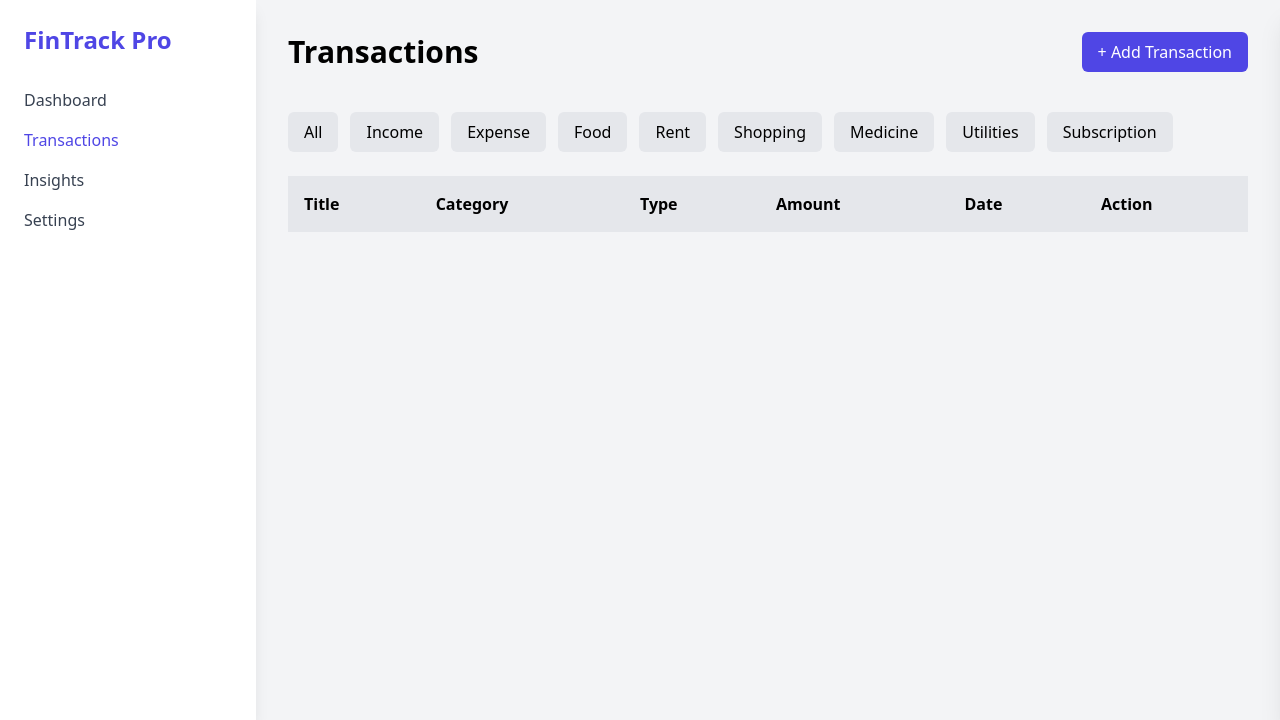
Repository: Shashank1-6/ExpensaX-Personal-Finance-Web-App
Page: frontend/transactions.html
An editor plug-in stored every save of this project. The page is shown before and after the next save, followed by the edit.
The browser window is 1280 px wide. The pictures show the whole page.
The page's requests for data from a server got no answer. Some web libraries are served in a nearby version.

Above is the page before, as saved 2025-11-22 20:45:44.

After the next save:
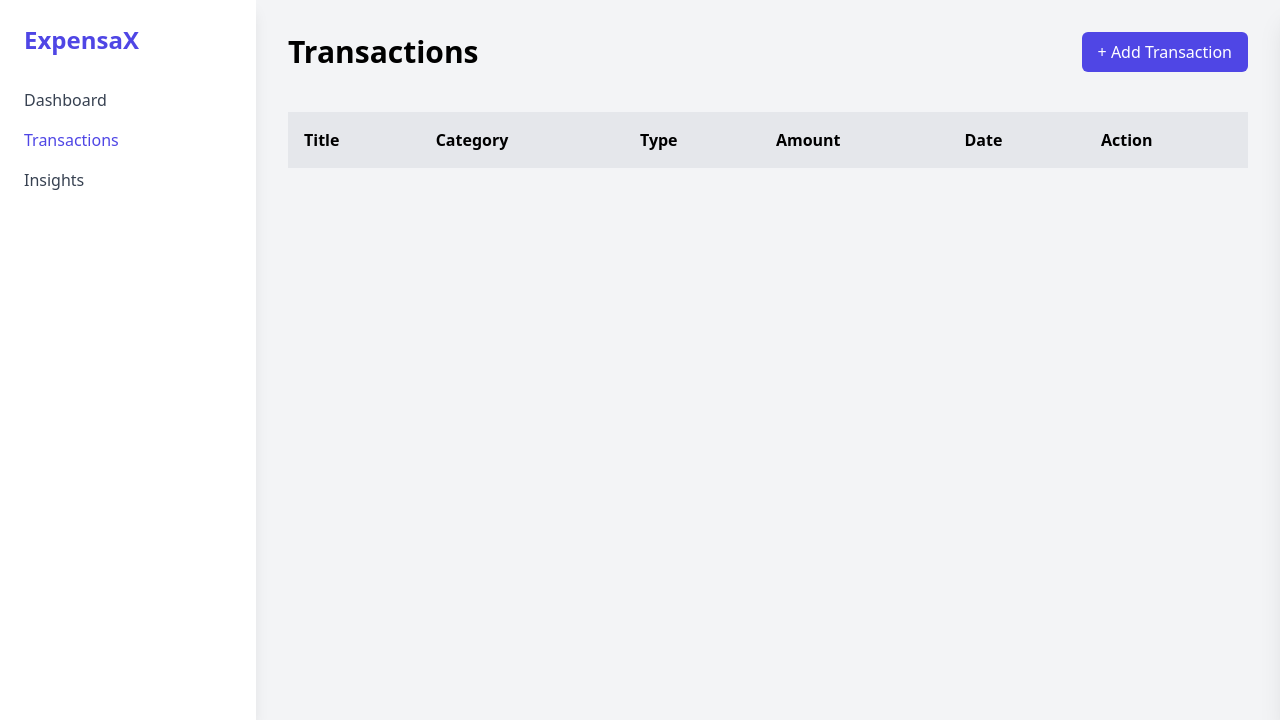
Saved 18 s later.
--- a/frontend/transactions.html
+++ b/frontend/transactions.html
@@ -1,11 +1,10 @@
 <!DOCTYPE html>
 <html lang="en">
 <head>
-  <meta charset="UTF-8" />
-  <meta name="viewport" content="width=device-width, initial-scale=1.0" />
-  <title>FinTrack Pro - Transactions</title>
+  <meta charset="UTF-8">
+  <meta name="viewport" content="width=device-width, initial-scale=1.0">
+  <title>ExpensaX - Transactions</title>
 
-  <!-- Tailwind CDN -->
   <script src="https://cdn.tailwindcss.com"></script>
 </head>
 
@@ -13,39 +12,24 @@
 
   <!-- Sidebar -->
   <aside class="w-64 h-screen bg-white shadow-lg fixed left-0 top-0 p-6">
-    <h2 class="text-2xl font-bold text-indigo-600 mb-8">FinTrack Pro</h2>
+    <h2 class="text-2xl font-bold text-indigo-600 mb-8">ExpensaX</h2>
 
     <nav class="space-y-4">
       <a href="index.html" class="block font-medium text-gray-700 hover:text-indigo-600">Dashboard</a>
       <a href="transactions.html" class="block font-medium text-indigo-600">Transactions</a>
       <a href="insights.html" class="block font-medium text-gray-700 hover:text-indigo-600">Insights</a>
-      <a href="#" class="block font-medium text-gray-700 hover:text-indigo-600">Settings</a>
     </nav>
   </aside>
 
-  <!-- Main Content -->
+  <!-- Main -->
   <main class="ml-64 w-full p-8">
 
     <!-- Header -->
     <div class="flex justify-between items-center mb-10">
       <h1 class="text-3xl font-bold">Transactions</h1>
-
       <button class="px-4 py-2 rounded-md bg-indigo-600 text-white hover:bg-indigo-700" id="addBtn">
         + Add Transaction
       </button>
-    </div>
-
-    <!-- Filters -->
-    <div class="flex gap-3 mb-6 flex-wrap">
-      <button class="filter-btn px-4 py-2 rounded-md bg-gray-200" data-filter="all">All</button>
-      <button class="filter-btn px-4 py-2 rounded-md bg-gray-200" data-filter="income">Income</button>
-      <button class="filter-btn px-4 py-2 rounded-md bg-gray-200" data-filter="expense">Expense</button>
-      <button class="filter-btn px-4 py-2 rounded-md bg-gray-200" data-filter="Food">Food</button>
-      <button class="filter-btn px-4 py-2 rounded-md bg-gray-200" data-filter="Rent">Rent</button>
-      <button class="filter-btn px-4 py-2 rounded-md bg-gray-200" data-filter="Shopping">Shopping</button>
-      <button class="filter-btn px-4 py-2 rounded-md bg-gray-200" data-filter="Medicine">Medicine</button>
-      <button class="filter-btn px-4 py-2 rounded-md bg-gray-200" data-filter="Utilities">Utilities</button>
-      <button class="filter-btn px-4 py-2 rounded-md bg-gray-200" data-filter="Subscription">Subscription</button>
     </div>
 
     <!-- Desktop Table View -->
@@ -70,56 +54,39 @@
 
   </main>
 
-  <!-- Add Transaction Slide Panel -->
-  <div id="addPanel" class="fixed top-0 right-0 h-full w-96 bg-white shadow-xl p-6 transform translate-x-full transition-transform duration-300 overflow-y-auto">
-
+  <!-- Add Transaction Side Panel -->
+  <div id="addPanel"
+    class="fixed top-0 right-0 h-full w-96 bg-white shadow-xl p-6 transform translate-x-full transition-transform duration-300 overflow-y-auto">
     <h2 class="text-2xl font-bold mb-6">Add Transaction</h2>
 
     <label class="block font-medium">Amount</label>
-    <input id="amountInput" type="number" placeholder="Enter amount"
-      class="w-full p-3 border rounded-lg mb-4">
+    <input id="amountInput" type="number" class="w-full p-3 border rounded-lg mb-4" placeholder="Enter amount">
 
     <label class="block font-medium">Title</label>
-    <input id="titleInput" type="text" placeholder="e.g. Rent, Swiggy Order"
-      class="w-full p-3 border rounded-lg mb-4">
+    <input id="titleInput" type="text" class="w-full p-3 border rounded-lg mb-4" placeholder="e.g. Rent, Swiggy Order">
 
-    <div class="flex items-center gap-3 mb-4">
-      <label class="font-medium">Type:</label>
-      <select id="typeSelect" class="p-2 border rounded-lg">
-        <option value="expense">Expense</option>
-        <option value="income">Income</option>
-      </select>
-    </div>
+    <label class="block font-medium">Type</label>
+    <select id="typeSelect" class="w-full p-3 border rounded-lg mb-4">
+      <option value="expense">Expense</option>
+      <option value="income">Income</option>
+    </select>
 
-    <label class="font-medium mb-2 block">Category</label>
-    <div id="categoryGrid" class="grid grid-cols-3 gap-3 mb-6">
-      <button class="cat-btn p-3 bg-gray-200 rounded-lg" data-cat="Food">🍔 Food</button>
-      <button class="cat-btn p-3 bg-gray-200 rounded-lg" data-cat="Rent">🏠 Rent</button>
-      <button class="cat-btn p-3 bg-gray-200 rounded-lg" data-cat="Shopping">🛍 Shopping</button>
-      <button class="cat-btn p-3 bg-gray-200 rounded-lg" data-cat="Medicine">💊 Medicine</button>
-      <button class="cat-btn p-3 bg-gray-200 rounded-lg" data-cat="Utilities">🔌 Utilities</button>
-      <button class="cat-btn p-3 bg-gray-200 rounded-lg" data-cat="Subscription">📦 Subscription</button>
-      <button class="cat-btn p-3 bg-gray-200 rounded-lg" data-cat="Salary">💼 Salary</button>
-    </div>
+    <label class="block font-medium">Category</label>
+    <select id="categorySelect" class="w-full p-3 border rounded-lg mb-6">
+      <option value="Food">Food</option>
+      <option value="Rent">Rent</option>
+      <option value="Shopping">Shopping</option>
+      <option value="Medicine">Medicine</option>
+      <option value="Utilities">Utilities</option>
+      <option value="Subscription">Subscription</option>
+      <option value="Salary">Salary</option>
+    </select>
 
-    <div class="flex items-center gap-3 mb-6">
-      <input type="checkbox" id="recurringCheck">
-      <label>Recurring Monthly</label>
-    </div>
-
-    <button id="saveTransaction"
-      class="w-full bg-indigo-600 hover:bg-indigo-700 text-white font-bold p-3 rounded-lg">
-      Save Transaction
-    </button>
-
-    <button id="closePanel" class="mt-4 w-full p-2 text-center font-medium bg-gray-200 rounded-lg">
-      Cancel
-    </button>
+    <button id="saveTransaction" class="w-full bg-indigo-600 p-3 text-white rounded-lg font-bold">Save</button>
+    <button id="closePanel" class="w-full mt-3 p-2 bg-gray-300 rounded-lg font-medium">Cancel</button>
   </div>
 
-  <!-- Scripts MUST be at bottom -->
   <script type="module" src="js/api.js"></script>
   <script type="module" src="js/transactions.js"></script>
-
 </body>
 </html>
